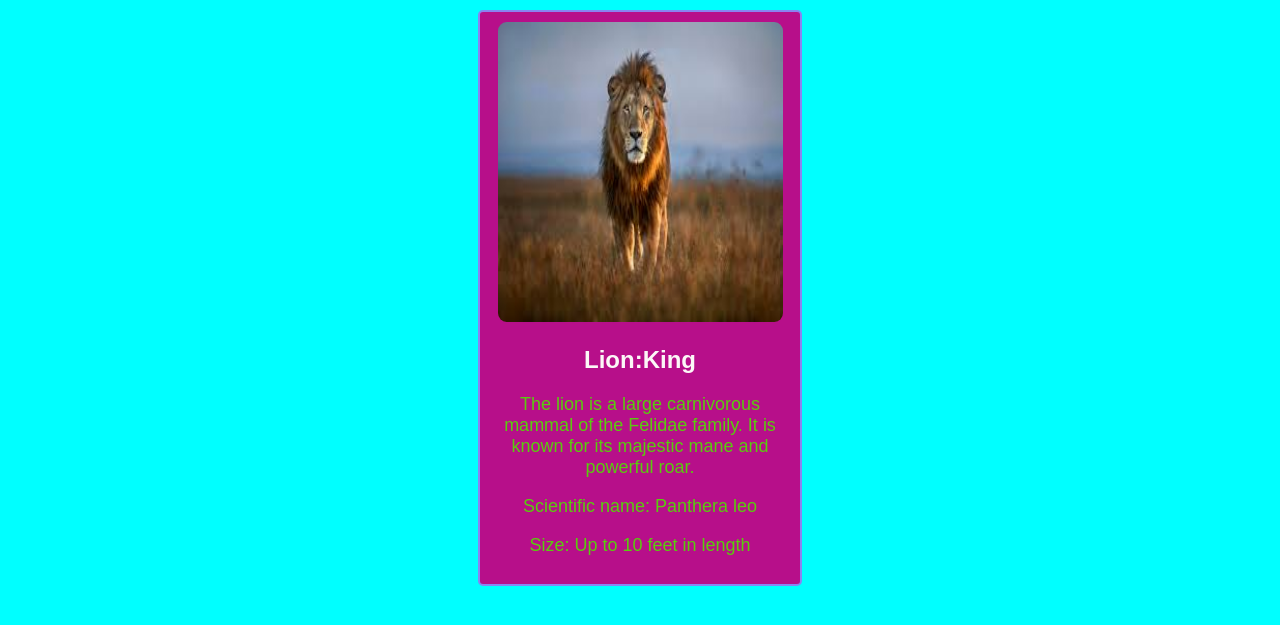
Repository: KingBoyMaylow/Animal-trading-card
Page: index.html
These files come from the project's save history. The page is drawn as it stood at one moment and after the next save; the edit follows.
The browser window is 1280 px wide. The pictures show the whole page.

Above is the page before, as saved 2024-05-13 22:16:31.

After the next save:
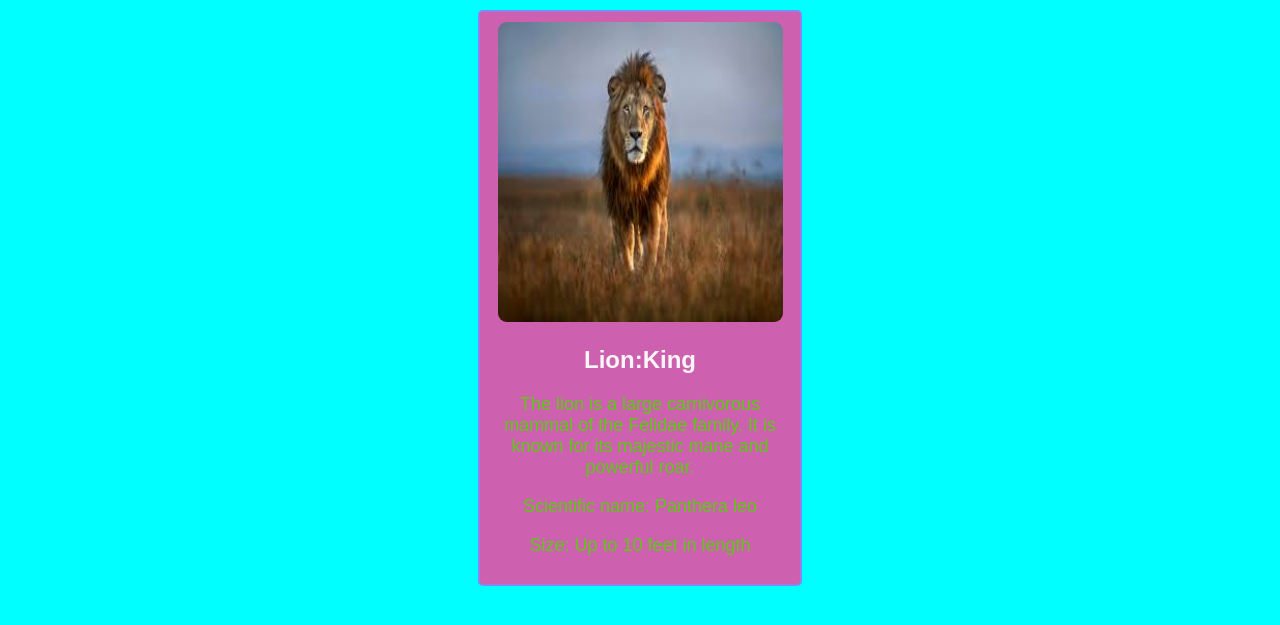
Saved 20 s later.
--- a/index.html
+++ b/index.html
@@ -18,7 +18,7 @@
         border-radius: 5px;
         margin: 10px auto;
         padding: 10px;
-        background-color: #b70f8a;
+        background-color: #ce60b0;
     }
     .card img {
         width: 95%;
